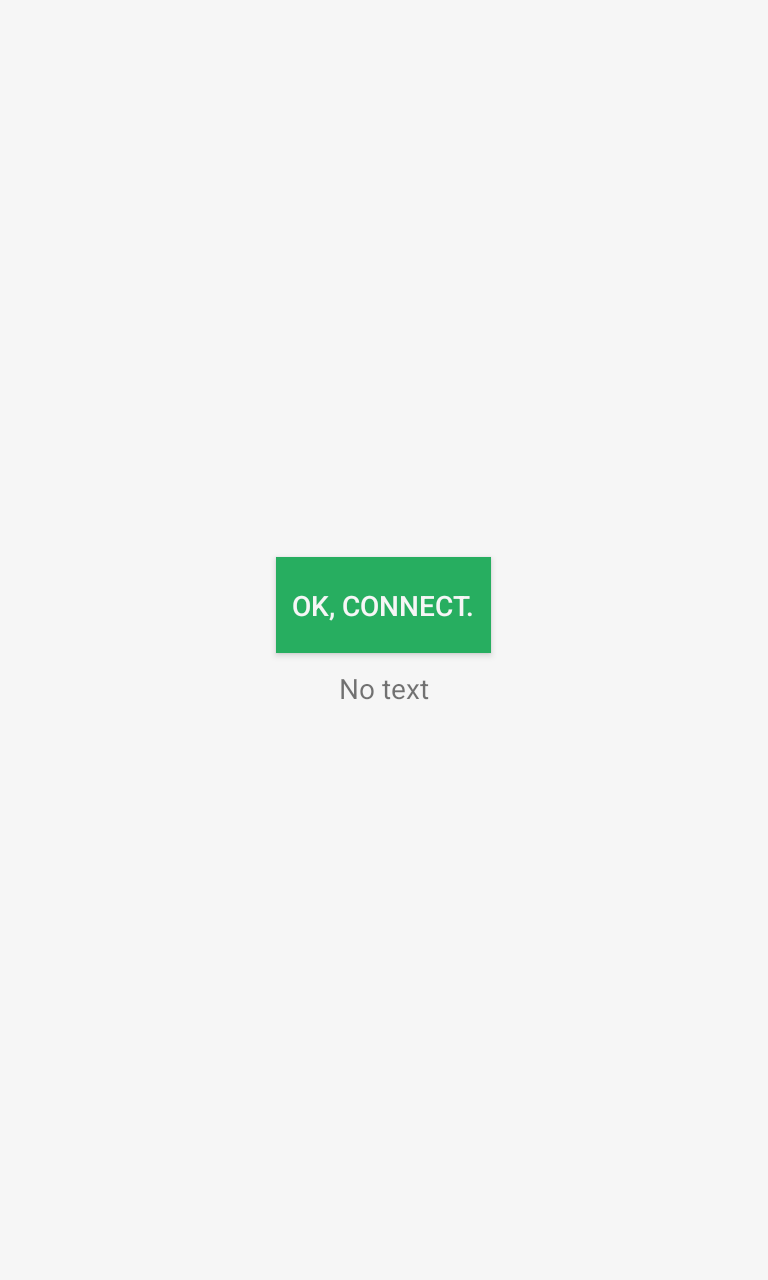
Repository: Vierco/Get_elements_from_web_and_caching
Layout: Guidelines_template/template/res/layout/hello.xml
These files come from the project's save history. The layout is drawn as it stood at one moment and after the next save; the edit follows.
It is drawn on a 768 x 1280 px phone screen (xhdpi) without system bars, with theme AppTheme; the app's code is not run.

Above is the layout before, as saved 2014-05-01 20:17:15.

After the next save:
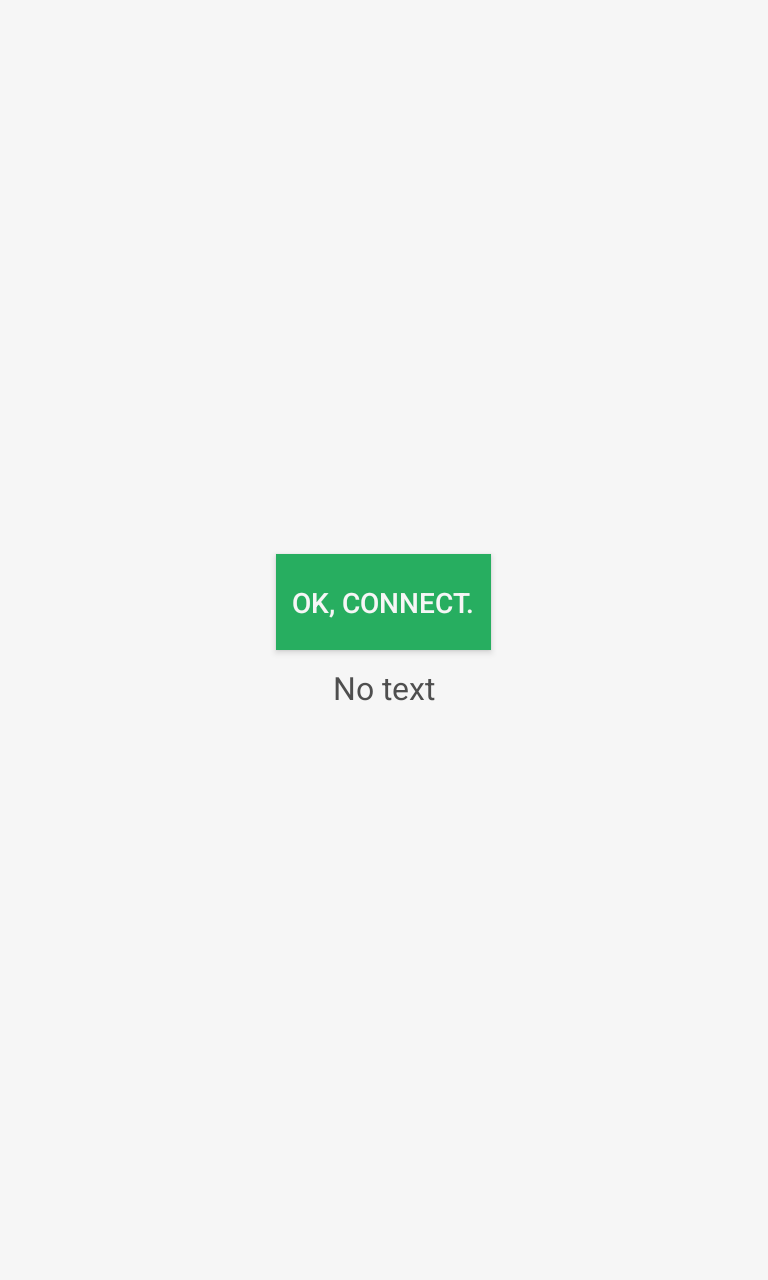
Saved 41 s later.
--- a/Guidelines_template/template/res/layout/hello.xml
+++ b/Guidelines_template/template/res/layout/hello.xml
@@ -2,31 +2,33 @@
     xmlns:tools="http://schemas.android.com/tools"
     android:id="@+id/container"
     android:layout_width="match_parent"
-    android:background="@color/white"
     android:layout_height="match_parent"
     android:layout_marginBottom="@dimen/activity_vertical_margin"
     android:layout_marginLeft="@dimen/activity_horizontal_margin"
     android:layout_marginRight="@dimen/activity_horizontal_margin"
     android:layout_marginTop="@dimen/activity_vertical_margin"
+    android:background="@color/white"
     android:gravity="center"
     android:orientation="vertical"
     tools:context="vierco.com.example.template.Hello" >
 
     <Button
         android:id="@+id/BT_connect"
+        android:layout_width="wrap_content"
+        android:layout_height="wrap_content"
         android:layout_gravity="center"
         android:background="@color/green"
-        android:textColor="@color/white"
-        android:layout_width="wrap_content"
-        android:layout_height="wrap_content"
         android:padding="@dimen/views_padding"
-        android:text="@string/TXconnect" />
+        android:text="@string/TXconnect"
+        android:textColor="@color/white" />
 
     <TextView
         android:id="@+id/textView1"
         android:layout_width="wrap_content"
-         android:padding="@dimen/views_padding"
         android:layout_height="wrap_content"
-        android:text="@string/TXnoText" />
+        android:padding="@dimen/views_padding"
+        android:text="@string/TXnoText"
+        android:textColor="@color/text_color"
+        android:textSize="@dimen/default_text_size" />
 
 </LinearLayout>
